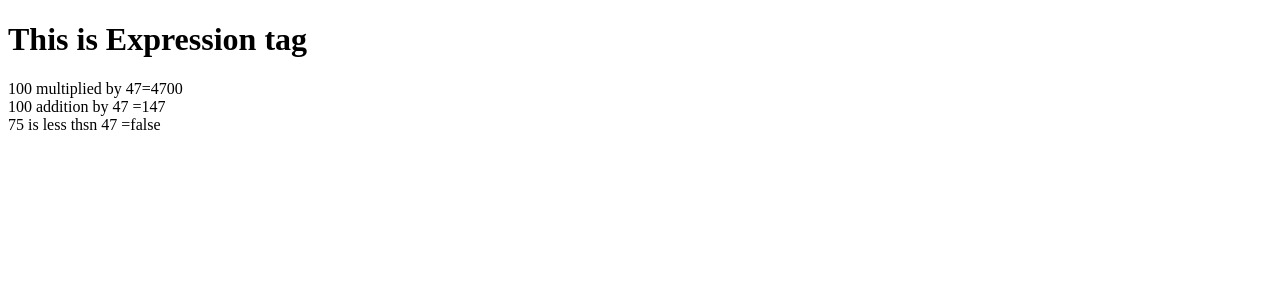
Repository: Tejashriamarjadhav/PHASE2_PROJECT
Page: http://localhost/JSPDemo/Expression-tag.jsp
An editor plug-in stored every save of this project. The page is shown before and after the next save, followed by the edit.
The browser window is 1280 px wide. The pictures show the whole page.
The page is served by Tomcat 9.

Above is the page before, as saved 2021-08-21 15:09:47.

### JSPDemo/WebContent/Expression-tag.jsp
<%@ page language="java" contentType="text/html; charset=ISO-8859-1"
    pageEncoding="ISO-8859-1"%>
<!DOCTYPE html>
<html>
<head>
<meta charset="ISO-8859-1">
<title>Insert title here</title>
</head>
<body>
<h1>This is Expression tag</h1>
100 multiplied by 47=<%= 100*47 %><br/>

100 addition by 47 =<%= 100+47 %><br/>
75 is less thsn 47 =<%=75<47 %>
</body>
</html>

After the next save:
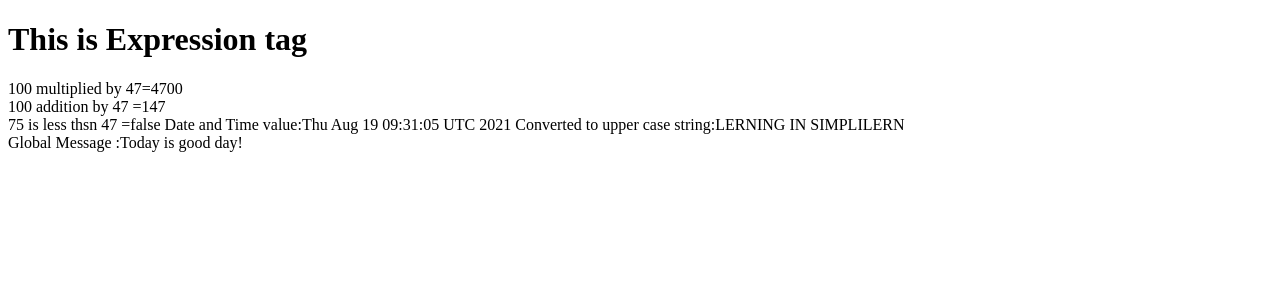
Saved 3 min 29 s later.
--- a/JSPDemo/WebContent/Expression-tag.jsp
+++ b/JSPDemo/WebContent/Expression-tag.jsp
@@ -12,5 +12,9 @@
 
 100 addition by 47 =<%= 100+47 %><br/>
 75 is less thsn 47 =<%=75<47 %>
+
+Date and Time value:<%= new java.util.Date() %>
+Converted to upper case string:<%= new String("lerning in simplilern").toUpperCase() %><br/>
+Global Message :<%= "Today is good day!" %>
 </body>
 </html>
